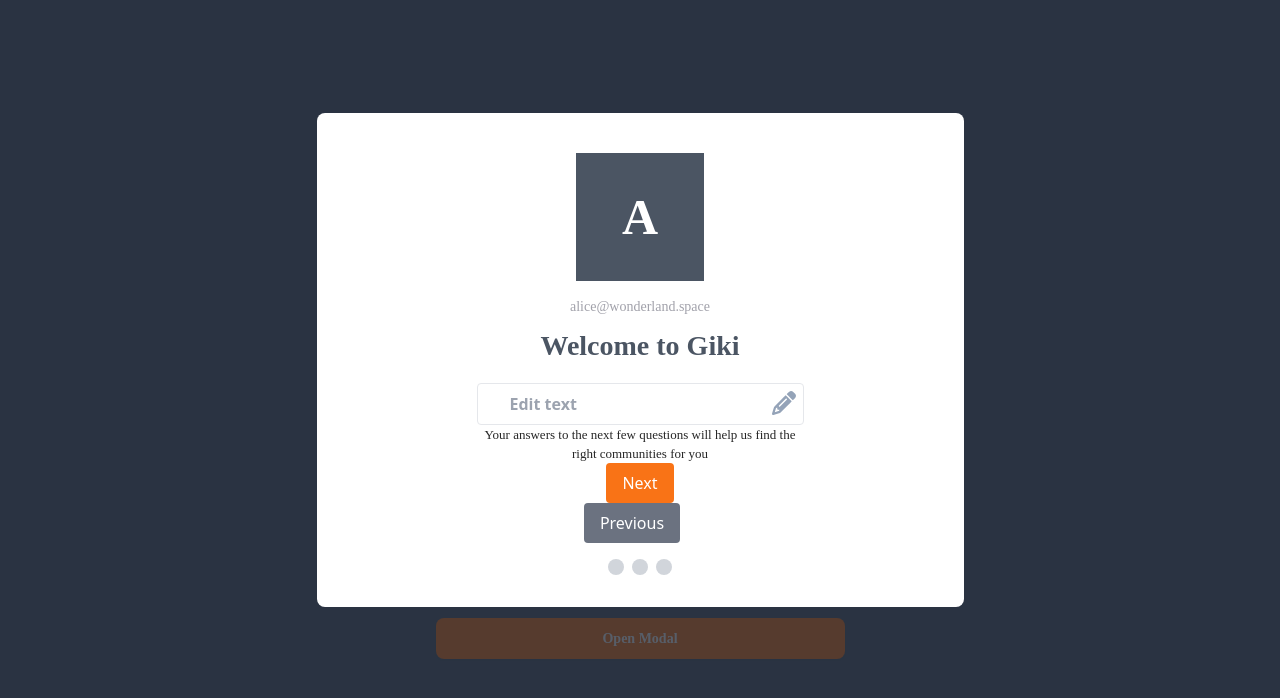
Repository: ZakariaZhlat125/lucatctyteste
Page: /, after clicking the first element matching `button.mt-36`
These files come from the project's save history. The page is drawn as it stood at one moment and after the next save; the edit follows.
The browser window is 1280 px wide. The pictures show the whole page.
The project was rebuilt for these pictures with package versions that can differ from the ones it lists, and the page was loaded fresh each time. Also part of the build but not shown: vite.config.js, src/Components/ModalComponents/PickLang.jsx, src/Components/ModalComponents/SelectImage.jsx.

Above is the page before, as saved 2023-09-29 11:28:35.

### src/App.jsx
import { useState } from 'react'
import Modalpage from './pages/Modalpage'


function App() {

  return (
    <>
    <Modalpage />
    </>
  )
}

export default App

### src/pages/Modalpage.jsx
import React, { useState } from "react";
import logo from "../assets/Images/Logo.png";
import Modal from "../Components/ModalComponents/Modal";
const Modalpage = () => {
  const [isModalOpen, setIsModalOpen] = useState(false);



  return (
    <div className="h-screen w-secreen bg-gray-600 flex flex-col justify-center items-center  ">
      <img
        src={logo}
        alt="logo"
        className="w-[415px] h-[413px] mx-2 "
      />
      <button
        onClick={() => setIsModalOpen(true)}
        className="mt-36 w-[309px] h-[41px] sm:w-[409px]  shadow-sm bg-orange-500  hover:bg-orange-600 rounded-lg  text-white text-sm font-semibold font-['Montserrat']"
      >
        Open Modal
      </button>


      <Modal isOpen={isModalOpen}  onClose={() => setIsModalOpen(false)} />

    </div>
  );
};

export default Modalpage;

### src/Components/ModalComponents/Modal.jsx
import React, { useState } from "react";
import Welcom from "./Welcom";
import PickLang from "./PickLang";
import SelectImage from "./SelectImage";
const Modal = ({ isOpen, onClose }) => {

  const [currentPage, setCurrentPage] = useState(1);
  if (!isOpen) return null;
  const totalPages = 3;
  const nextPage = () => {
    if (currentPage < 3) {
      setCurrentPage(currentPage + 1);
    }
  };

  const prevPage = () => {
    if (currentPage > 1) {
      setCurrentPage(currentPage - 1);
    }
  };

  const getOrangeCount = () => {
    // Return the number of orange circles to display based on the current page
    switch (currentPage) {
      case 2:
        return 1;
      case 3:
        return 2;
      default:
        return 0;
    }
  };

  return (
    <div className="fixed inset-0 flex justify-center items-center z-50">
      <div className="fixed inset-0 bg-gray-800 opacity-75"></div>
      <div className="bg-white rounded-lg p-8 z-50 relative flex flex-col items-center">
        {/* Modal content goes here */}

        {/* <button
          onClick={onClose}
          className="absolute mx-auto bottom-2   text-gray-500 hover:text-gray-700 cursor-pointer"
        >
          Close
        </button> */}
        {currentPage === 1 && <Welcom />}
        {currentPage === 2 && <PickLang />}
        {currentPage === 3 && <SelectImage />}
        <button
          onClick={nextPage}
          className="bg-orange-500 text-white px-4 py-2 rounded"
        >
          Next
        </button>
        <button
          onClick={prevPage}
          className="mr-4 bg-gray-500 text-white px-4 py-2 rounded"
        >
          Previous
        </button>

        <div className="flex mt-4">
          {[...Array(totalPages)].map((_, index) => (
            <div
              key={index}
              className={`w-4 h-4 mx-1 rounded-full ${
                index < getOrangeCount() ? "bg-orange-500" : "bg-gray-300"
              }`}
            ></div>
          ))}
        </div>
      </div>
    </div>
  );
};

export default Modal;

### src/Components/ModalComponents/Welcom.jsx
import React from "react";
import {FontAwesomeIcon  } from "@fortawesome/react-fontawesome";
import { faPencilAlt } from "@fortawesome/free-solid-svg-icons";

const Welcom = () => {
  return (
    <div className="flex flex-col justify-center items-center px-32">
      <div className="bg-gray-600 w-32 h-32 flex justify-center items-center my-2">
        <p className="text-white text-[50px] font-bold font-['Montserrat']">
          A
        </p>
      </div>

      <p className="my-2 text-zinc-400 text-sm font-medium font-['Poppins'] ">
        alice@wonderland.space
      </p>
      <h3 className="text-gray-600 text-[28px] font-bold font-['Poppins']">
        Welcome to Giki
      </h3>
      <div className="relative mt-4">
        <input
          type="text"
          placeholder="Edit text"
          className="py-2 px-8 pr-12 border text-orange-500 font-bold rounded focus:outline-none focus:border-orange-500"
        />
        <FontAwesomeIcon
          icon={faPencilAlt}
          className="absolute right-2 top-2 text-slate-400 w-6 h-6 cursor-pointer"
        />
      </div>
      <p className="w-[314px]  text-center text-neutral-800 text-[13px] font-medium font-['Poppins'] leading-[19px]">
        Your answers to the next few questions will help us find the right
        communities for you
      </p>
    </div>
  );
};

export default Welcom;

### tailwind.config.js
/** @type {import('tailwindcss').Config} */
export default {
  content: [
    "./index.html",
    "./src/**/*.{js,ts,jsx,tsx}",
  ],
  theme: {
    container: {
      center: true,
      padding: {
        DEFAULT: '1rem',
        sm: '2rem',
        lg: '4rem',
        xl: '5rem',
        '2xl': '6rem',
      },
    },
    extend: {},
  },
  plugins: [],
}

Loaded but not shown: index.html (common file); src/main.jsx (common file); src/index.css (common file)

After the next save:
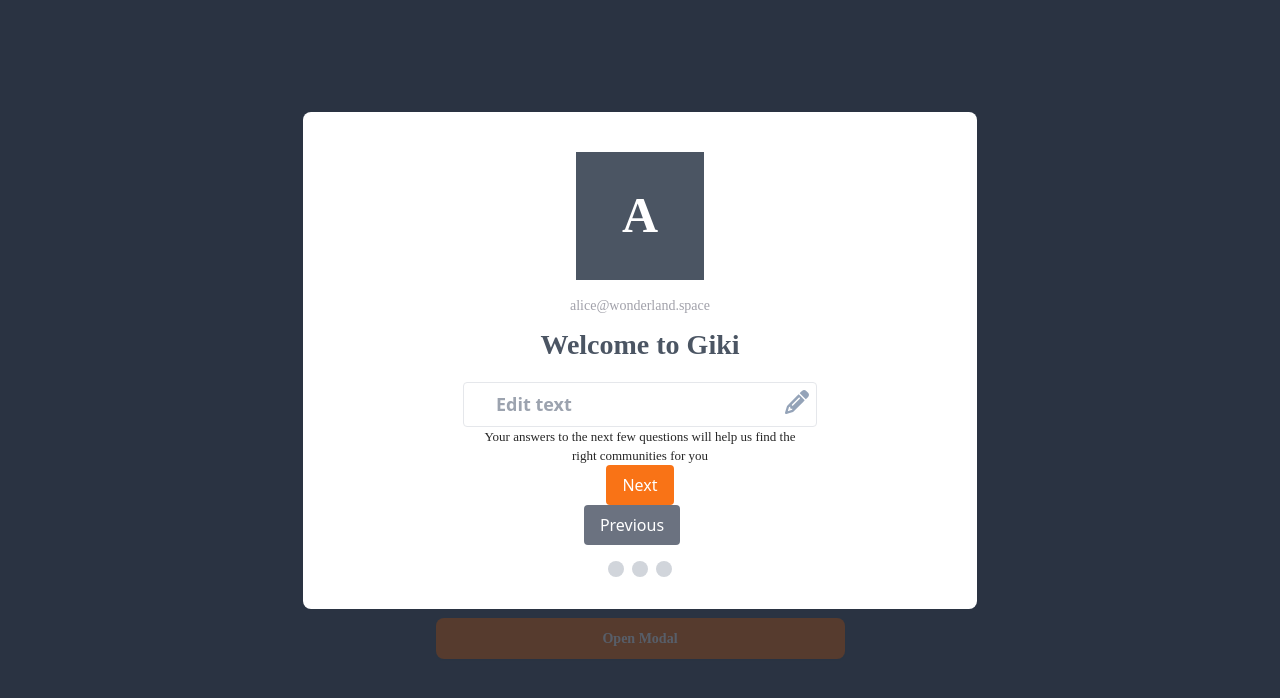
Saved 22 s later.
--- a/src/Components/ModalComponents/Welcom.jsx
+++ b/src/Components/ModalComponents/Welcom.jsx
@@ -21,7 +21,7 @@
         <input
           type="text"
           placeholder="Edit text"
-          className="py-2 px-8 pr-12 border text-orange-500 font-bold rounded focus:outline-none focus:border-orange-500"
+          className="py-2 px-8 pr-12 border text-orange-500 font-bold text-[18px] rounded focus:outline-none focus:border-orange-500"
         />
         <FontAwesomeIcon
           icon={faPencilAlt}
